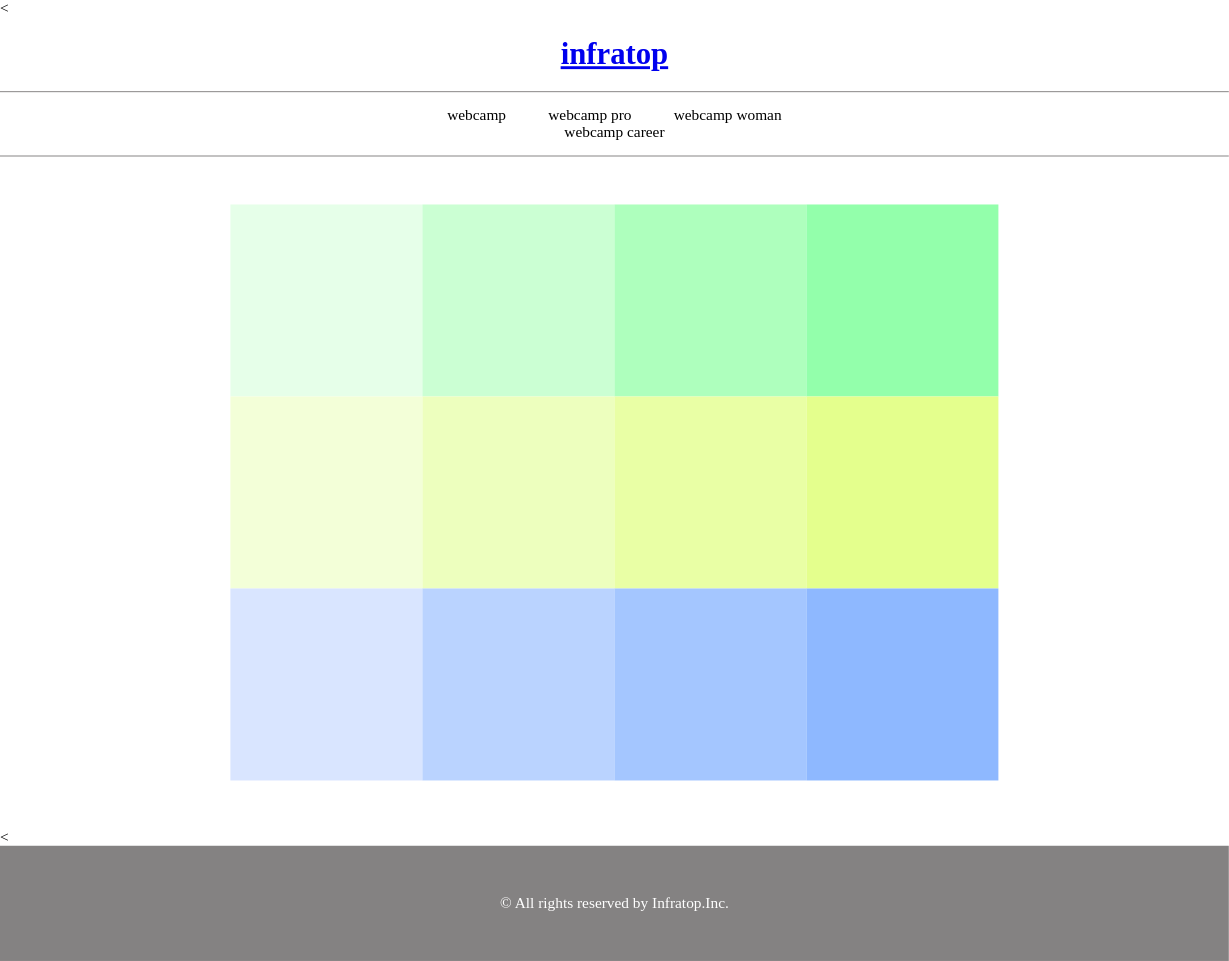
Repository: YabuYoshi/Bookers1
Page: chapter5-exercise/chapter5-exercise.html
The author's editor kept a record of every edit. The page is drawn from the files as they stood at one moment, then again after the next edit.
The browser window is 1280 px wide. The pictures show the whole page, at 96% of full size.

Above is the page before.

### chapter5-exercise/chapter5-exercise.html
<!DOCTYPE html>
<html lang="ja">
  <head>
    <meta charset="UTF-8" />
    <!-- CSSファイルの読み込み -->
    <link rel="stylesheet" href="style.css" />
    <title>infratop</title>
  </head>

  <body>
    <<header>
      <h1 class="heading">
        <a href="chapter5-exercise">
          infratop
        </a>
      </h1>
    </header>

    <nab>
      <ul class="nav-list">
        <li class="nav-list-item">webcamp</li>
        <li class="nav-list-item">webcamp pro</li>
        <li class="nav-list-item">webcamp woman</li>
        <li class="nav-list-itme">webcamp career</li>
      </ul>
    </nab>

    <div class="main-visual">
      <div class="main-visual-content"></div>
    </div>

    <div class="main">
      <div class="box1"></div>
      <div class="box2"></div>
      <div class="box3"></div>
      <div class="box4"></div>
      <div class="box5"></div>
      <div class="box6"></div>
      <div class="box7"></div>
      <div class="box8"></div>
      <div class="box9"></div>
      <div class="box10"></div>
      <div class="box11"></div>
      <div class="box12"></div>
    </div>

    <<footer>
      <p class="footer-text">© All rights reserved by Infratop.Inc.</p>
    </footer>

  </body>
</html>


  </body>

### chapter5-exercise/style.css
*{
  margin: 0;
  padding: 0;
  box-sizing: border-box;
}

header {
  width: 100%;
  padding: 20px 0;
  text-align: center;
}

.nav-list {
  text-align: center;
  padding: 15px 0;
  margin: 0 auto;
  border-bottom: 1px solid #848282;
  border-top: 1px solid #848282;
}

.nav-list-item {
  list-style: none;
  display: inline-block;
  margin: 0 20px;
}

.main {
  width: 800px;
  margin: 50px auto;
  display: flex;
  flex-wrap: wrap;
}

.box1 {
  width: 200px;
  height: 200px;
  background-color: #e6ffe9;
}

.box2 {
  width: 200px;
  height: 200px;
  background-color: #cbffd3;
}

.box3 {
  width: 200px;
  height: 200px;
  background-color: #aeffbd;
}

.box4 {
  width: 200px;
  height: 200px;
  background-color: #93ffab;
}

.box5 {
  width: 200px;
  height: 200px;
  background-color: #f3ffd8;
}

.box6 {
  width: 200px;
  height: 200px;
  background-color: #edffbe;
}

.box7 {
  width: 200px;
  height: 200px;
  background-color: #e9ffa5;
}

.box8 {
  width: 200px;
  height: 200px;
  background-color: #e4ff8d;
}

.box9 {
  width: 200px;
  height: 200px;
  background-color: #d9e5ff;
}

.box10 {
  width: 200px;
  height: 200px;
  background-color: #bad3ff;
}

.box11 {
  width: 200px;
  height: 200px;
  background-color: #a4c6ff;
}

.box12 {
  width: 200px;
  height: 200px;
  background-color: #8eb8ff;
}

footer {
  width: 100%;
  height: 120px;
  text-align: center;
  line-height: 120px;
  background-color: #848282;
}

.footer-text {
  color: #fff;
}

After the next edit:
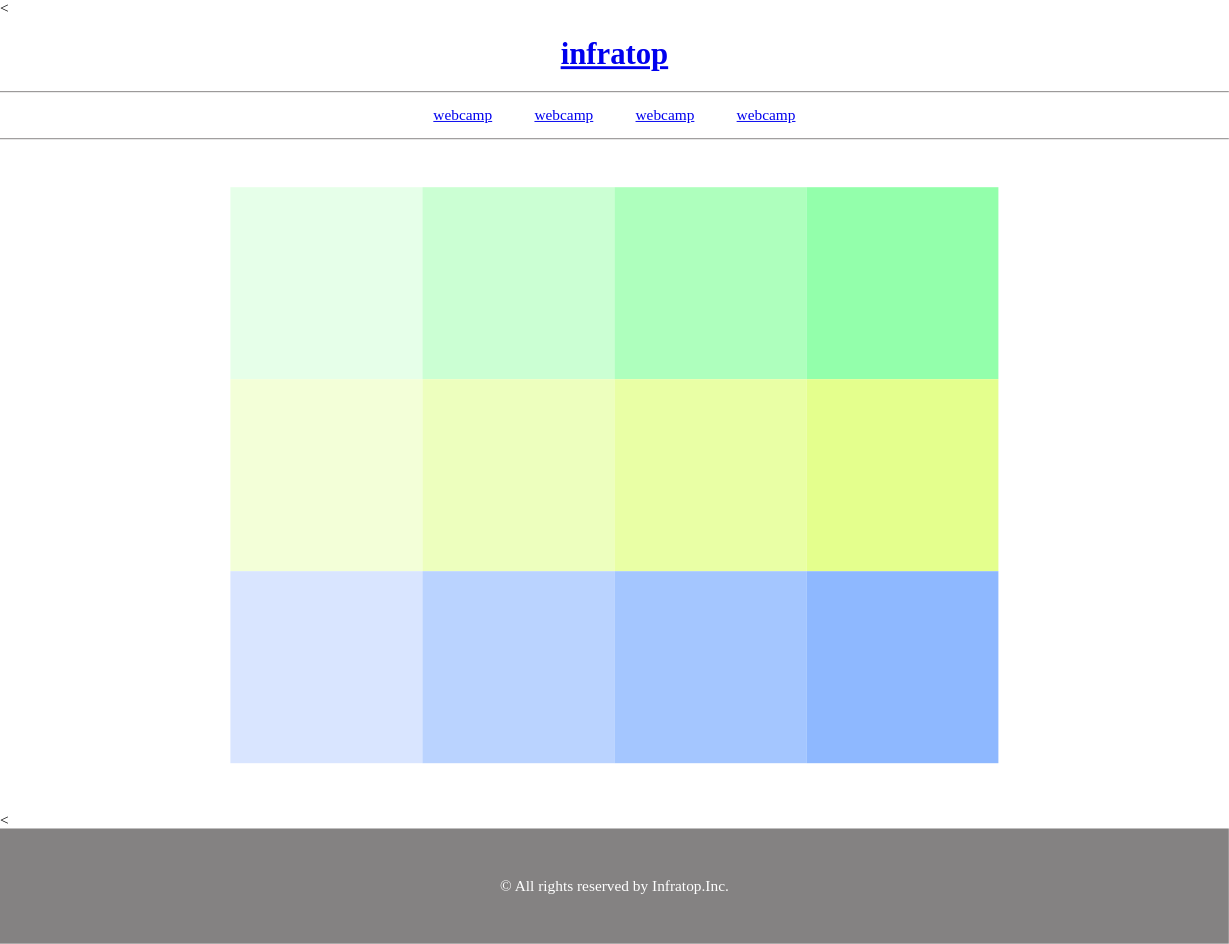
The edit:
--- a/chapter5-exercise/chapter5-exercise.html
+++ b/chapter5-exercise/chapter5-exercise.html
@@ -18,10 +18,18 @@
 
     <nab>
       <ul class="nav-list">
-        <li class="nav-list-item">webcamp</li>
-        <li class="nav-list-item">webcamp pro</li>
-        <li class="nav-list-item">webcamp woman</li>
-        <li class="nav-list-itme">webcamp career</li>
+        <li class="nav-list-item">
+          <a href="chapter5-exercise">webcamp</a>
+          </li>
+         <li class="nav-list-item">
+          <a href="chapter5-exercise">webcamp</a>
+          </li>
+         <li class="nav-list-item">
+          <a href="chapter5-exercise">webcamp</a>
+          </li>
+           <li class="nav-list-item">
+          <a href="chapter5-exercise">webcamp</a>
+          </li>
       </ul>
     </nab>
 
